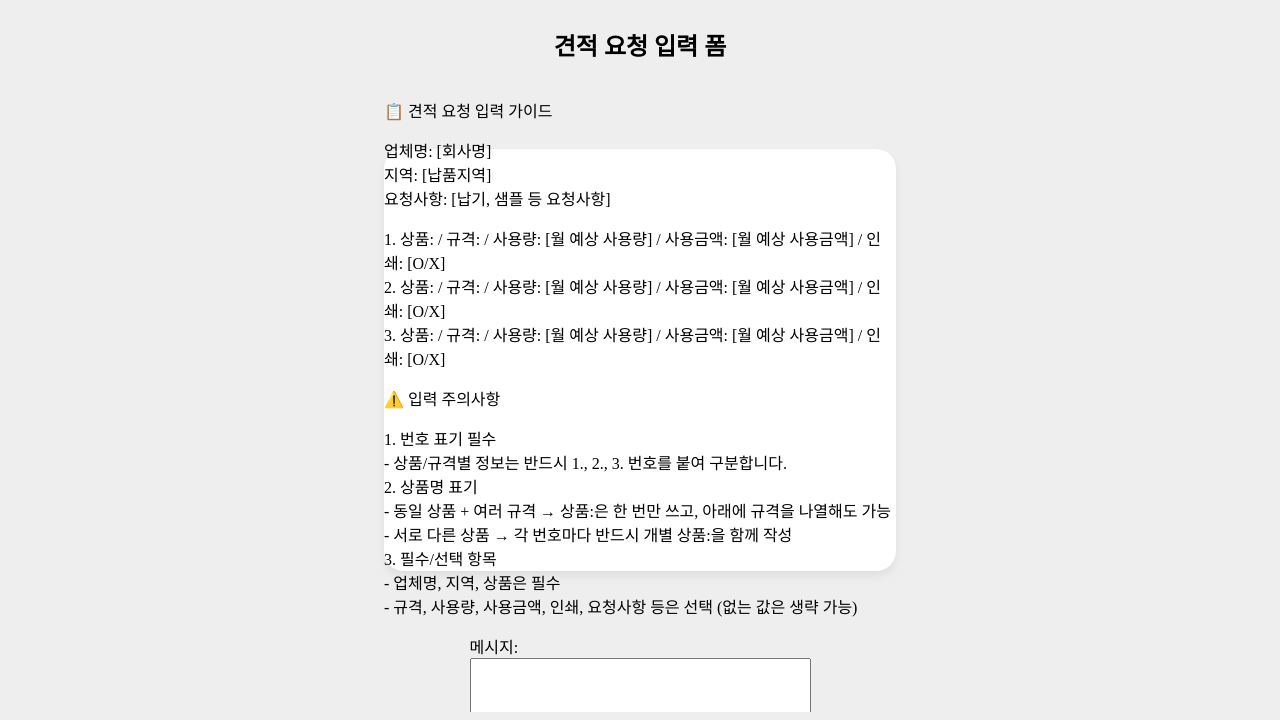
Repository: deul428/logis_test
Page: index.html
These files come from the project's save history. The page is drawn as it stood at one moment and after the next save; the edit follows.
The browser window is 1280 px wide. The pictures show the whole page.

Above is the page before, as saved 2025-09-16 16:32:12.

### index.html
<!DOCTYPE html>
<!--
📋 견적 요청 입력 가이드
업체명: [회사명]
지역: [납품지역]
요청사항: [납기, 샘플 등 요청사항]1
1. 상품: / 규격: / 사용량: [월 예상 사용량] / 사용금액: [월 예상 사용금액] / 인쇄: [O/X]
2. 상품: / 규격: / 사용량: [월 예상 사용량] / 사용금액: [월 예상 사용금액] / 인쇄: [O/X]
3. 상품: / 규격: / 사용량: [월 예상 사용량] / 사용금액: [월 예상 사용금액] / 인쇄: [O/X]
⚠️ 입력 주의사항
1. 번호 표기 필수
　- 상품/규격별 정보는 반드시 1., 2., 3. 번호를 붙여 구분합니다.
2. 상품명 표기
　- 동일 상품 + 여러 규격 → 상품:은 한 번만 쓰고, 아래에 규격을 나열해도 가능
　- 서로 다른 상품 → 각 번호마다 반드시 개별 상품:을 함께 작성
3. 필수/선택 항목
　- 업체명, 지역, 상품은 필수
　- 규격, 사용량, 사용금액, 인쇄, 요청사항 등은 선택 (없는 값은 생략 가능) -->
<html lang="ko">
  <head>
    <meta charset="UTF-8" />
    <title>견적 요청 입력 폼</title>
    <link rel="stylesheet" href="./styles/common.css" />
  </head>
  <body>
    <div class="wrap">
      <div class="cntnt_box">
        <div id="header">
          <img class="ci" src="./src/aj_ci.png" />
          <h2>견적 요청 입력 폼</h2>
        </div>
        <div class="desc">
          <p>📋 견적 요청 입력 가이드</p>
          <p>
            업체명: [회사명]<br />
            지역: [납품지역]<br />
            요청사항: [납기, 샘플 등 요청사항]
          </p>

          <p>
            1. 상품: / 규격: / 사용량: [월 예상 사용량] / 사용금액: [월 예상
            사용금액] / 인쇄: [O/X]<br />
            2. 상품: / 규격: / 사용량: [월 예상 사용량] / 사용금액: [월 예상
            사용금액] / 인쇄: [O/X]<br />
            3. 상품: / 규격: / 사용량: [월 예상 사용량] / 사용금액: [월 예상
            사용금액] / 인쇄: [O/X]
          </p>

          <p>⚠️ 입력 주의사항</p>
          <p>
            1. 번호 표기 필수<br />
            - 상품/규격별 정보는 반드시 1., 2., 3. 번호를 붙여 구분합니다.<br />
            2. 상품명 표기<br />
            - 동일 상품 + 여러 규격 → 상품:은 한 번만 쓰고, 아래에 규격을
            나열해도 가능<br />
            - 서로 다른 상품 → 각 번호마다 반드시 개별 상품:을 함께 작성<br />
            3. 필수/선택 항목<br />
            - 업체명, 지역, 상품은 필수<br />
            - 규격, 사용량, 사용금액, 인쇄, 요청사항 등은 선택 (없는 값은 생략
            가능)
          </p>
        </div>
        <form
          action="https://script.google.com/macros/s/AKfycbyESb1KUxhOgQ5UTyN0MpZ60M58zPHeCYOO1GqmPEVj-nxr4UC2_Zn-7jsWHzjFgWuW/exec"
          method="post"
        >
          <label>메시지:</label><br />
          <textarea name="message" rows="4" cols="40"></textarea><br /><br />
          <button type="submit">제출</button>
        </form>
      </div>
    </div>
  </body>
</html>

### styles/common.css
html,
body {
  width: 100dvw;
  height: 100dvh;
  overflow: hidden;
  background: #eee;
  display: flex;
  justify-content: center;
  align-items: center;
  flex-direction: column;
}
.wrap {
  width: 40%;
  height: 60%;
  background: white;
  border-radius: 20px;
  box-shadow: 0 5px 10px 0 rgba(0, 0, 0, 0.064);
}
.cntnt_box {
  width: 100%;
  height: 100%;
  display: flex;
  justify-content: center;
  align-items: center;
  flex-direction: column;
}
#header {
  text-align: center;
  width: 20dvw;
}
.ci {
  width: 100%;
}

After the next save:
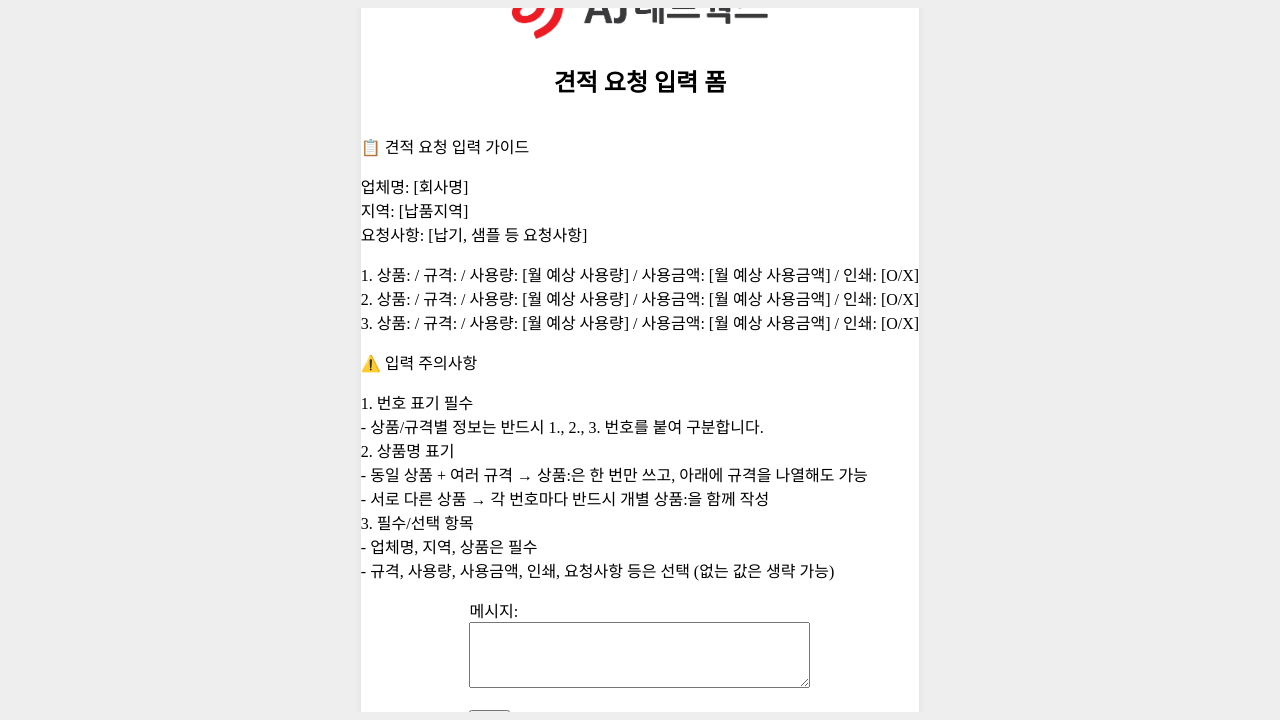
Saved 9 s later.
--- a/styles/common.css
+++ b/styles/common.css
@@ -10,8 +10,8 @@
   flex-direction: column;
 }
 .wrap {
-  width: 40%;
-  height: 60%;
+  /* width: 40%; */
+  /* height: 60%; */
   background: white;
   border-radius: 20px;
   box-shadow: 0 5px 10px 0 rgba(0, 0, 0, 0.064);
